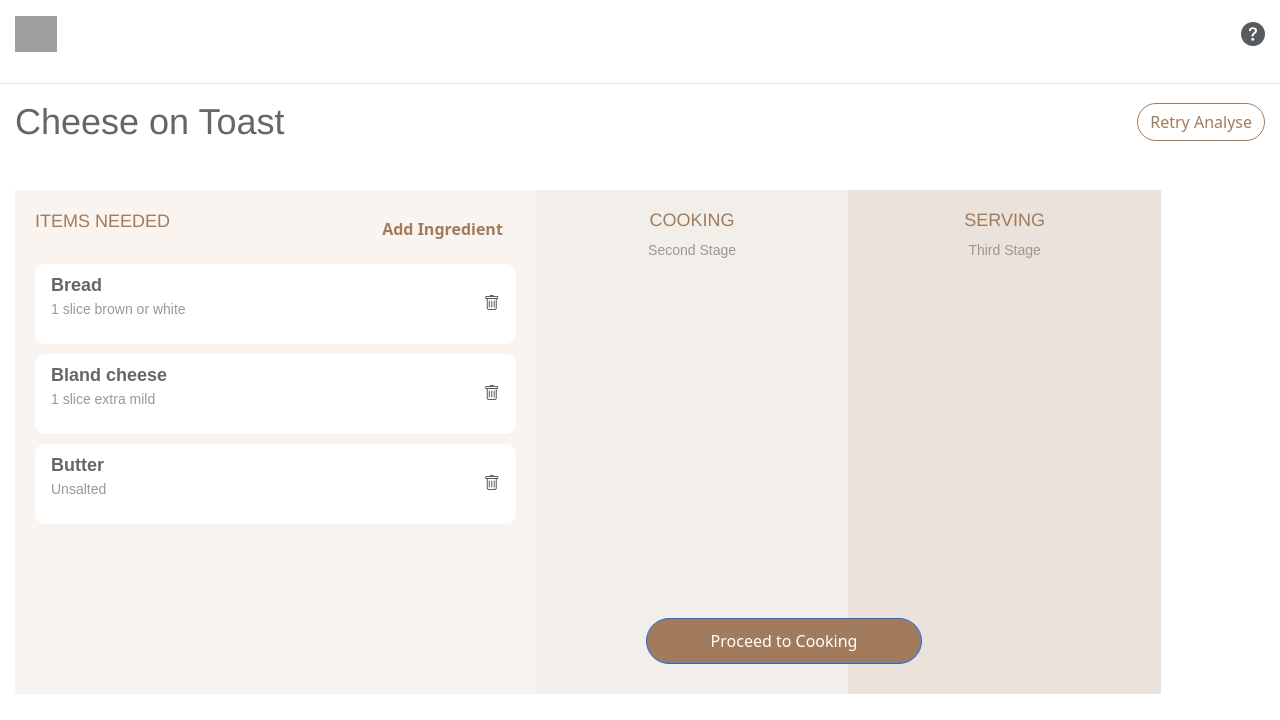
Repository: devashrisamani/SMC
Page: index.html
These files come from the project's save history. The page is drawn as it stood at one moment and after the next save; the edit follows.
The browser window is 1280 px wide. The pictures show the whole page.
Pictures or frames that could not be fetched are drawn as grey boxes.

Above is the page before, as saved 2024-10-09 15:58:54.

### index.html
<!DOCTYPE html>
<html lang="en">
  <head>
    <meta charset="UTF-8" />
    <meta name="viewport" content="width=device-width, initial-scale=1.0" />
    <link
      href="https://cdn.jsdelivr.net/npm/bootstrap@5.3.0-alpha1/dist/css/bootstrap.min.css"
      rel="stylesheet"
    />
    <link
      href="https://cdn.jsdelivr.net/npm/bootstrap-icons/font/bootstrap-icons.css"
      rel="stylesheet"
    />
    <link rel="stylesheet" href="styles.css" />
    <title>Recipe Page</title>
  </head>
  <body>
    <!-- Header -->
    <header class="container-fluid border-bottom py-3">
      <div class="d-flex justify-content-between align-items-center">
        <!-- Logo -->
        <div>
          <img src="img/logomark.svg" alt="Logo" class="logo" />
        </div>

        <!-- Help Icon -->
        <div>
          <i class="bi bi-question-circle-fill fs-4 text-muted"></i>
        </div>
      </div>
    </header>

    <!-- Title and Retry Button -->
    <section class="container-fluid py-3">
      <div class="d-flex justify-content-between align-items-center">
        <!-- Title -->
        <h1 class="header-title">Cheese on Toast</h1>

        <!-- Retry Button -->
        <button class="btn btn-outline-primary retry-btn">Retry Analyse</button>
      </div>
    </section>

    <!-- Main Content -->
    <section class="container-fluid py-3">
      <div class="row position-relative">
        <!-- First Rectangle: Items Needed -->
        <div class="col-md-5 rectangle items-needed">
          <div class="d-flex justify-content-between align-items-center mb-3">
            <!-- Title (Items Needed) -->
            <h4 class="items-title">ITEMS NEEDED</h4>

            <!-- Add Ingredient Button -->
            <button class="btn btn-link add-ingredient">Add Ingredient</button>
          </div>

          <!-- Ingredients List -->
          <ul class="list-group ingredients-list">
            <li
              class="list-group-item d-flex justify-content-between align-items-center"
            >
              <div>
                <strong>Bread</strong>
                <p>1 slice brown or white</p>
              </div>
              <i class="bi bi-trash text-muted"></i>
            </li>
            <li
              class="list-group-item d-flex justify-content-between align-items-center"
            >
              <div>
                <strong>Bland cheese</strong>
                <p>1 slice extra mild</p>
              </div>
              <i class="bi bi-trash text-muted"></i>
            </li>
            <li
              class="list-group-item d-flex justify-content-between align-items-center"
            >
              <div>
                <strong>Butter</strong>
                <p>Unsalted</p>
              </div>
              <i class="bi bi-trash text-muted"></i>
            </li>
          </ul>
        </div>

        <!-- Second Rectangle: Cooking -->
        <div class="col-md-3 rectangle cooking">
          <h5>COOKING</h5>
          <p>Second Stage</p>
        </div>

        <!-- Third Rectangle: Serving -->
        <div class="col-md-3 rectangle serving">
          <h5>SERVING</h5>
          <p>Third Stage</p>
        </div>

        <!-- Button inside both Cooking and Serving -->
        <div class="proceed-btn-wrapper position-absolute">
          <button class="btn btn-primary proceed-btn">
            Proceed to Cooking
          </button>
        </div>
      </div>
    </section>

    <script src="https://cdn.jsdelivr.net/npm/bootstrap@5.3.0-alpha1/dist/js/bootstrap.bundle.min.js"></script>
  </body>
</html>

### styles.css
/* Custom styles for the header */
html,
body {
  margin: 0;
  padding: 0;
  overflow-x: hidden; /* Hide horizontal scrolling */
}

.logo {
  width: 42px;
  height: 36px;
}

.bi-question-circle-fill {
  color: #a27b5c;
}

.border-bottom {
  border-color: #eee;
}

/* Title Section */
.header-title {
  font-family: "Calistoga-Regular", Helvetica, sans-serif;
  color: #666666;
  font-size: 36px;
  margin: 0;
}

.retry-btn {
  border-color: #a27b5c;
  color: #a27b5c;
  border-radius: 20px;
}

.retry-btn:hover {
  background-color: #a27b5c;
  color: #fff;
}

.container-fluid {
  max-width: 100vw; /* Ensure it does not exceed the viewport width */
  padding-right: 15px;
  padding-left: 15px;
  box-sizing: border-box;
}

.row {
  margin-right: 0;
  margin-left: 0;
}
/* Styling for the three rectangles */

.rectangle {
  background-color: #f7f3ef;
  padding: 20px;
  /* height: 100%; */
  min-height: 70vh;
}

.items-needed {
  background-color: #f9f4ef;
}

.cooking {
  background-color: #f2eee9;
  text-align: center;
}

.serving {
  background-color: #eae2db;
  text-align: center;
}

/* Title and Text Styles */
.items-title {
  font-family: "Calistoga-Regular", Helvetica, sans-serif;
  color: #a27b5c;
  font-size: 18px;
  margin-bottom: 15px;
}

.ingredients-list .list-group-item {
  border: none;
  border-radius: 10px;
  background-color: #fff;
  margin-bottom: 10px;
  font-family: "DM Sans", sans-serif;
}

.ingredients-list .list-group-item strong {
  font-size: 18px;
  color: #666666;
}

.ingredients-list .list-group-item p {
  font-size: 14px;
  color: #999999;
}

/* Add Ingredient Button */
.add-ingredient {
  color: #a27b5c;
  font-weight: bold;
  text-decoration: none;
}

.cooking h5,
.serving h5 {
  font-family: "Calistoga-Regular", Helvetica, sans-serif;
  font-size: 18px;
  color: #a27b5c;
}

.cooking p,
.serving p {
  font-family: "DM Sans", sans-serif;
  font-size: 14px;
  color: #999999;
}

/* Flexbox for the title and button alignment */
.d-flex {
  display: flex;
  justify-content: space-between;
  align-items: center;
  margin-bottom: 15px;
}

.proceed-btn-wrapper {
  position: absolute;
  bottom: 30px;
  left: 50%;
  transform: translateX(-02%);
  width: 100%; /* Ensure it's 100% of its parent, not wider */
  max-width: 300px; /* Prevent it from getting too large */
  overflow: hidden;
}

.proceed-btn {
  width: 100%;
  max-width: 300px;
  background-color: #a27b5c;
  color: #fff;
  border-radius: 50px;
  font-size: 16px;
  padding: 10px 40px;
}

.proceed-btn:hover {
  background-color: #8c6649;
  color: #fff;
}

After the next save:
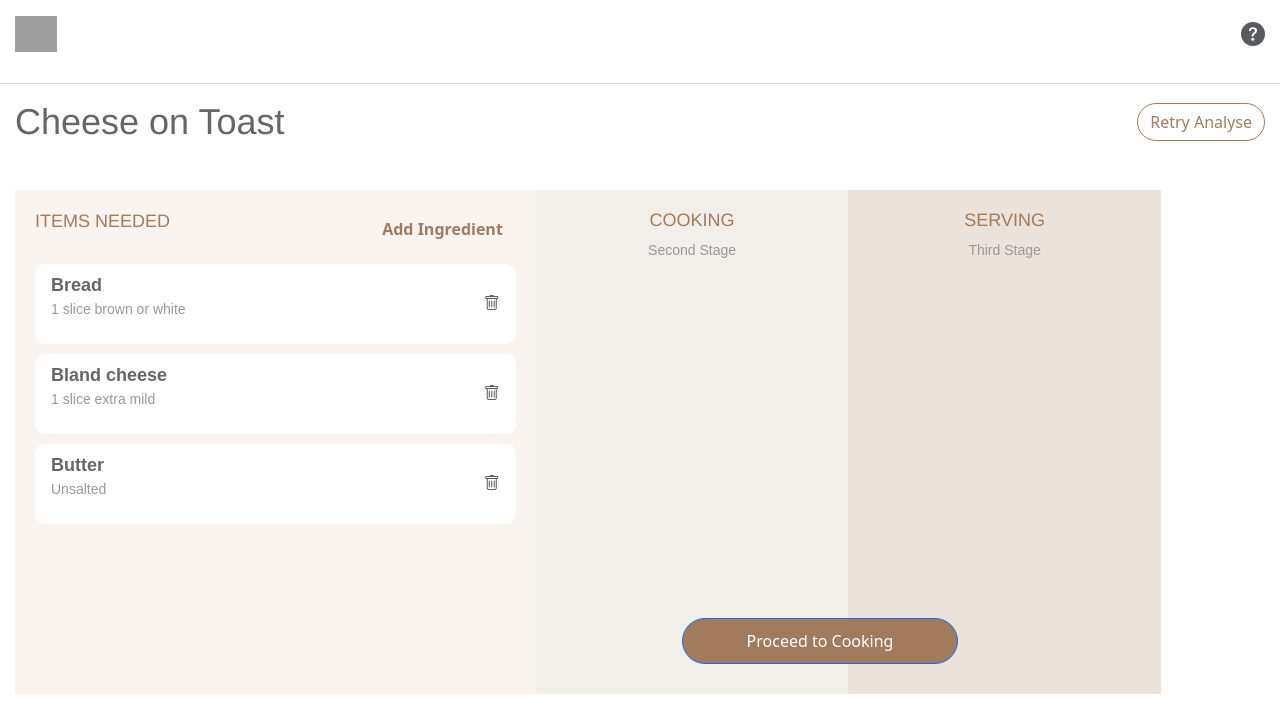
Saved 10 s later.
--- a/styles.css
+++ b/styles.css
@@ -131,7 +131,7 @@ body {
   position: absolute;
   bottom: 30px;
   left: 50%;
-  transform: translateX(-02%);
+  transform: translateX(10%);
   width: 100%; /* Ensure it's 100% of its parent, not wider */
   max-width: 300px; /* Prevent it from getting too large */
   overflow: hidden;
